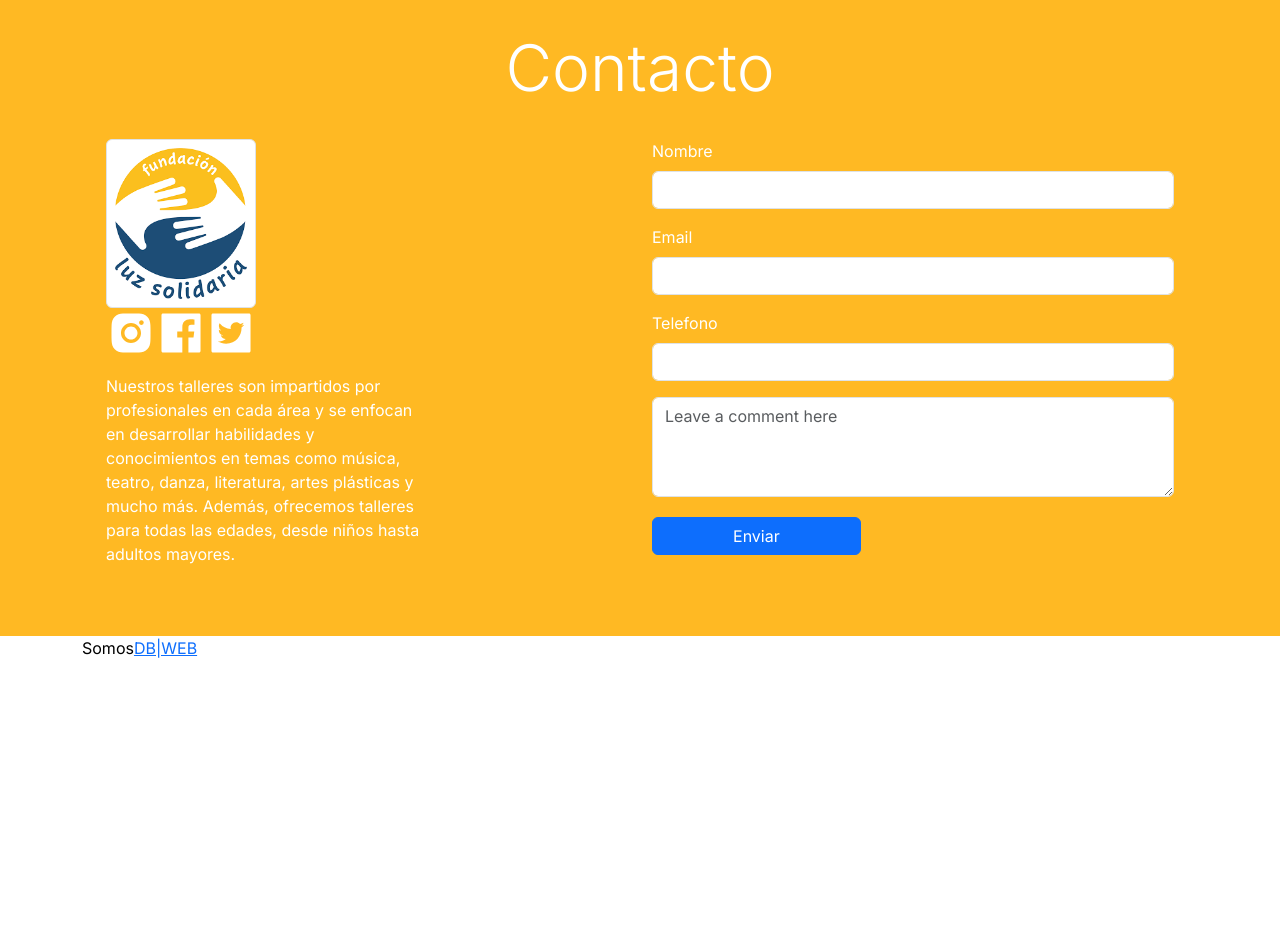
Repository: JtoralesK/dwf11
Page: /
The author's editor kept a copy of each file at every save. The page is drawn from the files as they stood at one save, then again after a run of saves.
The browser window is 1280 px wide. The pictures show the whole page.
The project was rebuilt for these pictures with package versions that can differ from the ones it lists, and the page was loaded fresh each time. The framework's server and built-in components were replaced by stand-ins that run in the browser. Also part of the build but not shown: next.config.js.

Above is the page before, as saved 2023-05-31 18:26:06.

### src/app/page.tsx
import Image from "next/image";
import styles from "./page.module.css";
import { Contacto } from "./components/contacto";
import { Footer } from "./components/footer";
export default function Home() {
  return (
    <>
      <Contacto />
      <Footer/>
    </>
  );
}

### src/app/components/contacto/index.tsx
import "bootstrap/dist/css/bootstrap.min.css";
import { SectionInputs } from "./sectionInput";
import { FaBeer } from "react-icons/fa";
import {
  AiFillInstagram,
  AiFillFacebook,
  AiFillTwitterSquare,
} from "react-icons/ai";

export function Contacto() {
  return (
    <>
      <div
        style={{
          backgroundColor: "#ffb923",
          color: "white",
          padding: "30px",
        }}
      >
        <div className="container-sm text-center ">
          <h1 className="font-weight-bold display-3">Contacto</h1>
          <div className="row p-lg-4">
            <div className="col-sm-16 col-md-6 text-center ">
              <div className=" d-md-flex flex-column d-none">
                <img
                  src="data:[embedded picture, 9291 characters]
            BU5I/166HRl7DM0JHd93otkupwE9wh+8Q4HuTkd/vz/99LosEf7UOF1LGvesnj8LX1fZVn3s7jZfh5drVp8XZWG/h8zs0VCdp8KmQAAAABJRU5ErkJggg=="
                  className="img-thumbnail rounded float-start p-2"
                  style={{ width: "150px" }}
                  alt="..."
                ></img>
                <div
                  className="d-flex flex-row mb-3 justify-content-around "
                  style={{ width: "150px" }}
                >
                  <AiFillInstagram size={"50px"} />
                  <AiFillFacebook size={"50px"} />
                  <AiFillTwitterSquare size={"50px"} />
                </div>
                <div style={{ width: "60%" }}>
                  <p className="text-start">
                    Nuestros talleres son impartidos por profesionales en cada
                    área y se enfocan en desarrollar habilidades y conocimientos
                    en temas como música, teatro, danza, literatura, artes
                    plásticas y mucho más. Además, ofrecemos talleres para todas
                    las edades, desde niños hasta adultos mayores.
                  </p>
                </div>
              </div>
            </div>
            <div className="col-sm-16 col-md-6 text-center ">
              <SectionInputs />
            </div>
          </div>
        </div>
      </div>
    </>
  );
}

### src/app/components/footer/index.tsx
import React from 'react'
import "./style.css";
export const Footer = () => {
  return (
    <footer className="footer">
    <div className="contenedor-footer container">
        <div className="redes-sociales">
            <a href="https://www.facebook.com" className="link-redes_sociales" ><i className="fab fa-facebook facebook"></i></a>
            <a href="https://www.instagram.com" className="link-redes_sociales" ><i className="fab fa-instagram instagran"></i></a>
            <a href="https://www.linkedin.com" className="link-redes_sociales" ><i className="fab fa-linkedin linkedin"></i></a>
            <a href="https:/www.github.com" className="link-redes_sociales" ><i className="fab fa-github-square github"></i></a>
        </div>
        <div className="footer-text">
            <p className="title-copy">Somos<a className="title-footer" href="https://damianbermudezdev.es/">DB|WEB</a></p>
        </div>
    </div>
  </footer>
  )
}

### src/app/components/contacto/sectionInput.tsx
import "bootstrap/dist/css/bootstrap.min.css";

export function SectionInputs() {
  const style = {
    margin: "20px 0",
    width: "40%",
    "@media (min-width: 768px)": {
      width: "40%",
    },
  } as React.CSSProperties;
  return (
    <>
      <form className="d-flex flex-column text-start" style={{ width: "100%" }}>
        <div className="mb-3">
          <label className="form-label">
            <p style={{ margin: "0" }}>Nombre</p>
          </label>
          <input
            type="text"
            className="form-control"
            id="exampleInputEmail1"
            aria-describedby="emailHelp"
          />
        </div>
        <div className="mb-3">
          <label className="form-label">
            <p style={{ margin: "0" }}>Email</p>
          </label>
          <input
            type="email"
            className="form-control"
            id="exampleInputPassword1"
          />
        </div>
        <div className="mb-3">
          <label className="form-label">
            <p style={{ margin: "0" }}>Telefono</p>
          </label>
          <input
            type="email"
            className="form-control"
            id="exampleInputPassword1"
          />
        </div>
        <textarea
          className="form-control"
          style={{ height: "100px" }}
          placeholder="Leave a comment here"
          id="floatingTextarea"
        ></textarea>
        <button
          style={style}
          type="submit"
          className="btn btn-primary w-md-auto"
        >
          Enviar
        </button>
      </form>
    </>
  );
}

### src/app/components/footer/style.css
footer{
    height: 300px;
    color:#000;
    background-color: #fff;
  }

Loaded but not shown: src/app/layout.tsx (common file); src/app/globals.css (common file)

After the next 2 saves:
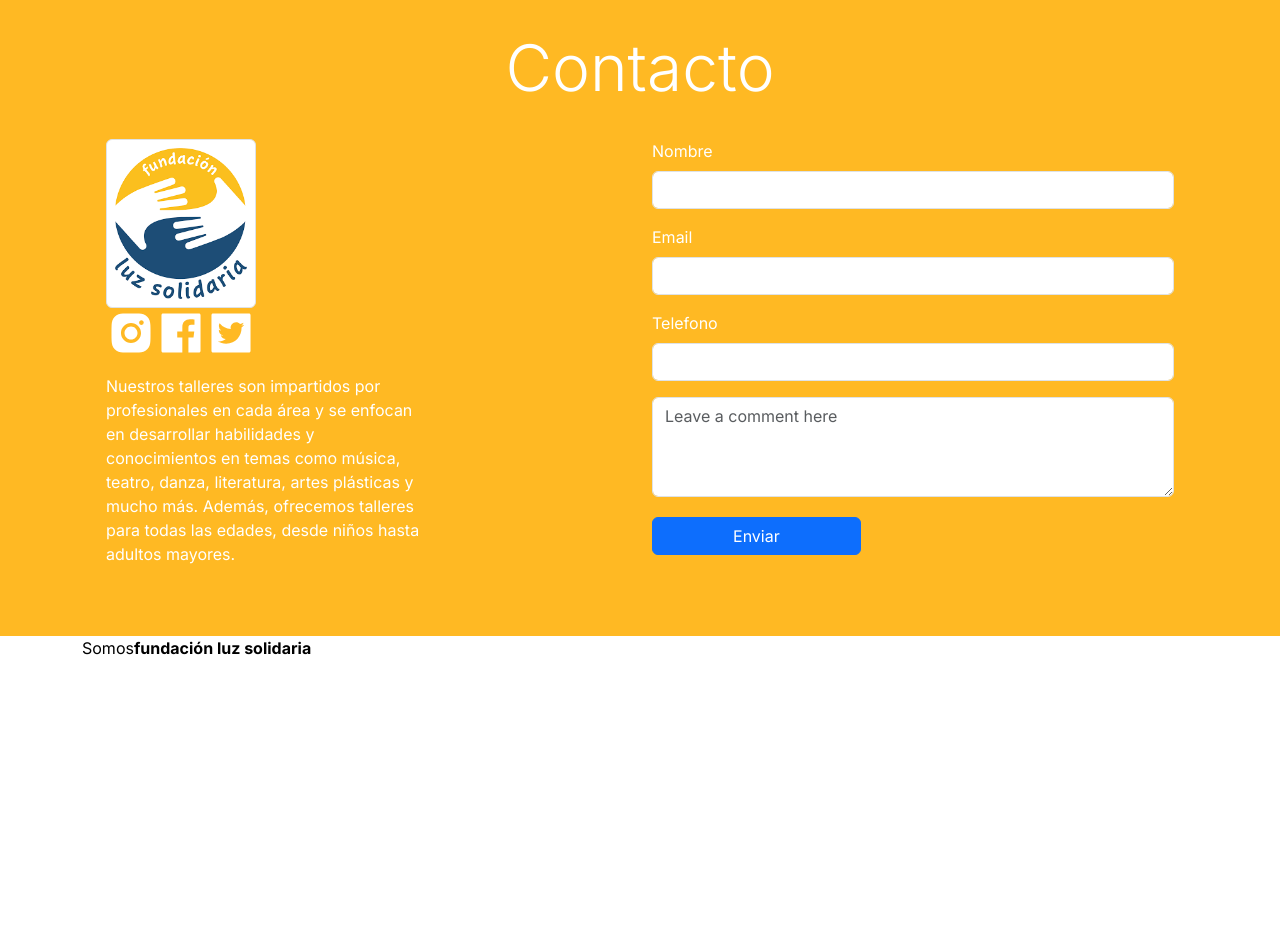
The 2 saves are shown as one change because they came seconds apart.
The last was saved 95 s later.
--- a/src/app/components/footer/index.tsx
+++ b/src/app/components/footer/index.tsx
@@ -11,7 +11,7 @@ export const Footer = () => {
             <a href="https:/www.github.com" className="link-redes_sociales" ><i className="fab fa-github-square github"></i></a>
         </div>
         <div className="footer-text">
-            <p className="title-copy">Somos<a className="title-footer" href="https://damianbermudezdev.es/">DB|WEB</a></p>
+            <p className="title-copy">Somos<strong>fundación luz solidaria</strong></p>
         </div>
     </div>
   </footer>
